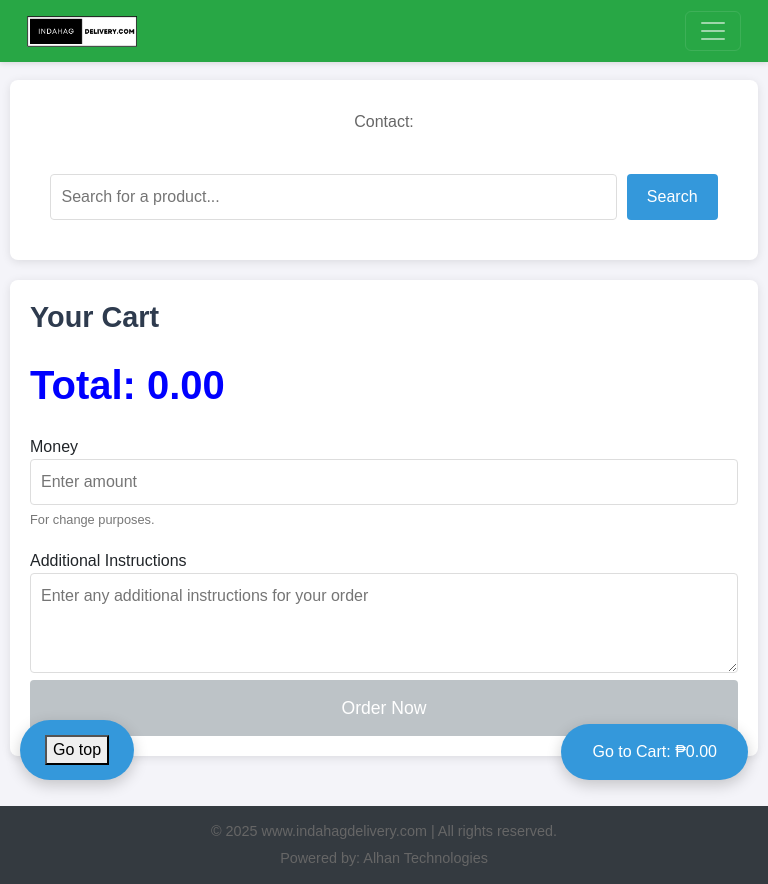
Repository: Jijiluzana225/indahagdelivery.com
Page: store/templates/store/store_products.html
An editor plug-in stored every save of this project. The page is shown before and after the next save, followed by the edit.
The browser window is 768 px wide. The pictures show the whole page.
The template is drawn by Django 5.2. The application's start-up code is not run. Other server files are loaded and not shown. The template is opened directly, without the code that normally fills it, so the values that code supplies are empty.

Above is the page before, as saved 2025-01-23 12:39:13.

### store/templates/store/store_products.html
{% extends 'store/base.html' %}

{% block title %}Order from {{ store.name }}{% endblock %}

{% block content %}

<style>
    /* General Styles */
    body {
        font-family: Arial, sans-serif;
        margin: 0;
        padding: 0;
        background-color: #f4f4f9;
    }

    h1, h2, h3 {
        color: #333;
        font-weight: 600;
    }

    p {
        font-size: 1rem;
        color: #666;
        margin-bottom: 0.5rem;
    }

    /* Container for left and right columns */
    .container {
        display: flex;
        justify-content: space-between;
        padding: 5px;
        max-width: 1200px;
        margin: 0 auto;
        flex-wrap: wrap;
    }

    /* Left column - product listing */
    .left-column {
        width: 65%;
        padding: 20px;
        background-color: #fff;
        box-shadow: 0 2px 10px rgba(0, 0, 0, 0.1);
        border-radius: 8px;
        overflow: hidden;
    }

    .left-column h1 {
        font-size: 2rem;
        color: #2e3b4e;
    }

    .left-column p {
        font-size: 1rem;
        margin-bottom: 20px;
    }

    .search-box {
        margin-bottom: 20px;
        display: flex;
        justify-content: center;
    }

    .search-box input {
        width: 80%;
        padding: 10px;
        font-size: 1rem;
        border-radius: 4px;
        border: 1px solid #ddd;
        margin-right: 10px;
    }

    .search-box button {
        background-color: #3498db;
        color: #fff;
        padding: 10px 20px;
        border: none;
        border-radius: 4px;
        cursor: pointer;
    }

    .search-box button:hover {
        background-color: #2980b9;
    }

    .products {
        display: grid;
        grid-template-columns: repeat(auto-fill, minmax(250px, 1fr));
        gap: 20px;
    }

    /* Individual Product Cards */
    .product-card {
        background-color: #fff;
        border: 1px solid #ddd;
        border-radius: 8px;
        padding: 15px;
        box-shadow: 0 2px 8px rgba(0, 0, 0, 0.1);
        text-align: center;
        transition: transform 0.3s ease, box-shadow 0.3s ease;
    }

    .product-card:hover {
        transform: scale(1.05);
        box-shadow: 0 4px 16px rgba(0, 0, 0, 0.2);
    }

    .product-card img {
        max-width: 100%;
        height: auto;
        border-radius: 8px;
    }

    .product-card h3 {
        font-size: 1.2rem;
        color: #2e3b4e;
        margin: 10px 0;
    }

    .product-card p {
        font-size: 0.9rem;
        color: #777;
    }

    .product-card .formatted-price {
        font-size: 1.1rem;
        color: #e74c3c;
        font-weight: bold;
    }

    .product-card button {
        background-color: #28a745;
        color: #fff;
        padding: 10px 20px;
        border: none;
        border-radius: 4px;
        cursor: pointer;
        font-size: 1rem;
        transition: background-color 0.3s ease;
    }

    .product-card button:hover {
        background-color: #218838;
    }

    /* Spacing Between Qty and Add to Cart button */
    .product-card label {
        display: block;
        margin-bottom: 5px;
        font-size: 0.9rem;
        color: #555;
    }

    .product-card input[type="number"] {
        width: 60px;
        padding: 5px;
        margin-bottom: 15px; /* Space between input and button */
        border-radius: 4px;
        border: 1px solid #ddd;
        text-align: center;
        font-size: 1rem;
    }

    /* Right Column - Cart */
    .right-column {
        width: 30%;
        padding: 20px;
        background-color: #fff;
        box-shadow: 0 2px 10px rgba(0, 0, 0, 0.1);
        border-radius: 8px;
        position: sticky;
        top: 20px;
    }

    .right-column h2 {
        font-size: 1.8rem;
        color: #2e3b4e;
        margin-bottom: 20px;
    }

    .cart-items {
        margin-bottom: 20px;
    }

    .cart-item {
        display: flex;
        justify-content: space-between;
        align-items: center;
        padding: 10px 0;
        border-bottom: 1px solid #ddd;
    }

    .cart-item p {
        font-size: 0.85rem; /* Smaller font size */
        color: #333;
    }

    .cart-item input {
        width: 50px;
        padding: 5px;
        border-radius: 4px;
        border: 1px solid #ddd;
        text-align: center;
    }

    .cart-item button {
        background-color: #e74c3c;
        color: #fff;
        border: none;
        padding: 5px 10px;
        border-radius: 4px;
        cursor: pointer;
    }

    .cart-item button:hover {
        background-color: #c0392b;
    }

    .cart-total {
        font-size: 0.9rem; /* Smaller font size */
        font-weight: bold;
        color: #333;
        margin-top: 20px;
    }

    .money-input {
        margin-top: 20px;
    }

    .money-input input {
        width: 100%;
        padding: 10px;
        border-radius: 4px;
        border: 1px solid #ddd;
    }

    .money-input small {
        font-size: 0.8rem;
        color: #777;
        display: block;
        margin-top: 5px;
    }

    .additional-instructions {
        margin-top: 20px;
    }

    .additional-instructions textarea {
        width: 100%;
        height: 100px;
        padding: 10px;
        border-radius: 4px;
        border: 1px solid #ddd;
        font-size: 1rem;
    }

    .order-button {
        background-color: #3498db;
        color: #fff;
        border: none;
        padding: 15px 20px;
        font-size: 1.1rem;
        border-radius: 4px;
        width: 100%;
        cursor: pointer;
        transition: background-color 0.3s ease;
    }

    .order-button:disabled {
        background-color: #bdc3c7;
        cursor: not-allowed;
    }

    .order-button:hover:not(:disabled) {
        background-color: #2980b9;
    }

    /* Responsive Design */
    /* Responsive Design */
@media (max-width: 768px) {
    .container {
        flex-direction: column;
        align-items: center;
    }

    .left-column, .right-column {
        width: 100%;
        margin-bottom: 20px;
    }

    .products {
        grid-template-columns: repeat(2, 1fr); /* Two columns on smaller screens */
        gap: 10px; /* Adjust spacing for smaller screens */
    }

    .store-header {
        display: flex;
        flex-direction: column;
        align-items: center;
        text-align: center;
        margin-bottom: 20px;
    }

    .store-header h1 {
        font-size: 2rem;
        color: #2e3b4e;
        margin-bottom: 10px;
    }

    .store-header p {
        font-size: 1rem;
        color: #666;
    }

    .product-card img {
        max-width: 80%;  /* Adjust this percentage to control the size */
        height: auto;
        border-radius: 8px;
    }

    .cart-items {
        font-size: 0.75rem; /* Smaller font size */
    }

    .cart-item p {
        font-size: 0.75rem; /* Smaller font size for cart item text */
    }


    /* Fixed Go to Cart Box */
    .go-to-cart-box {
        position: fixed;
        bottom: 20px;
        right: 20px;
        background-color: #3498db;
        color: #fff;
        padding: 15px 30px;
        border-radius: 8px;
        font-size: 1rem;
        cursor: pointer;
        box-shadow: 0 2px 10px rgba(0, 0, 0, 0.1);
        transition: background-color 0.3s ease;
    }

    /* Fixed Position Go to Cart Button */
.go-to-cart {
    position: fixed;
    bottom: 20px;
    right: 20px;
    background-color: #3498db;
    padding: 15px 25px;
    border-radius: 50px;
    color: white;
    font-size: 1rem;
    box-shadow: 0 5px 15px rgba(0, 0, 0, 0.2);
    cursor: pointer;
    z-index: 1000;
}

.go-to-top {
    position: fixed;
    bottom: 20px;
    left: 20px;
    background-color: #3498db;
    padding: 15px 25px;
    border-radius: 50px;
    color: white;
    font-size: 1rem;
    box-shadow: 0 5px 15px rgba(0, 0, 0, 0.2);
    cursor: pointer;
    z-index: 1000;
}

.go-to-cart button {
    background-color: transparent;
    border: none;
    color: white;
    font-size: 1rem;
    cursor: pointer;
}

.go-to-cart button:hover {
    background-color: #2980b9;
}



}



</style>

<div class="container">
    <div class="left-column">
        <div class="store-header">
        <h1>{{ store.name }}</h1>
        <p>Contact: {{ store.contact_number }}</p>
        </div>
        <!-- Search Box -->
        <div class="search-box">
            <input type="text" id="searchBox" placeholder="Search for a product..." onkeyup="filterProducts()">
            <button>Search</button>
        </div>

        <div class="products" id="products-list">
            {% for item in items %}
            <div class="product-card" data-name="{{ item.product.name|lower }}">
                <img src="{{ item.product.picture.url }}" alt="{{ item.product.name }}">
                <h3>{{ item.product.name }}</h3>
                <p>{{ item.product.description }}</p>
                <p>Price: <span class="formatted-price">{{ item.product.price }}</span></p>
                <label for="quantity-{{ item.id }}">Qty:</label>
                <input type="number" id="quantity-{{ item.id }}" name="quantity" min="1" value="1">
                <button onclick="addToCart({{ item.id }}, '{{ item.product.name }}', {{ item.product.price }})">Add to Cart</button>
            </div>
            {% endfor %}
        </div>
    </div>

    <!-- Right column (cart) -->
    <div class="right-column">
        <h2>Your Cart</h2>
        <div class="cart-items" id="cart-items"></div>
        <div class="cart-total" id="cart-total" style="font-size:40px; color:blue";>Total: 0.00</div>

       <div class="money-input">
            <label for="money">Money</label>
            <input type="number" id="money" name="money" placeholder="Enter amount">
            <small>For change purposes.</small>
        </div>

        <!-- Additional Instructions Section -->
        <div class="additional-instructions">
            <label for="additional-instructions">Additional Instructions</label>
            <textarea id="additional-instructions" placeholder="Enter any additional instructions for your order"></textarea>
        </div>

        <!-- Order Now Button -->
        <button class="order-button" id="orderButton" onclick="proceedToCheckout()" disabled>Order Now</button>
    </div>
</div>

<div class="go-to-top">
    <button onclick="scrollToCart()">Go top</button>
</div>

<div class="go-to-cart">

    <button onclick="scrollToCart()">Go to Cart: <span id="go-to-cart-total">₱0.00</span></button>
</div>

<script>



    // Function to update the cart total on the button
    function updateGoToCartButton() {
        const total = calculateTotalPrice();
        const formattedTotal = new Intl.NumberFormat('en-PH', {
            style: 'currency',
            currency: 'PHP',
            minimumFractionDigits: 2,
            maximumFractionDigits: 2
        }).format(total);

        document.getElementById('go-to-cart-total').innerText = formattedTotal;
    }

    // Function to scroll to the right-column (cart)
    function scrollToCart() {
        const cartSection = document.querySelector('.right-column');
        cartSection.scrollIntoView({ behavior: 'smooth' });
    }

    // Add this line inside your `addToCart()` function or any function that modifies the cart
   function renderCart() {
    const cartItemsContainer = document.getElementById('cart-items');
    const cartTotal = document.getElementById('cart-total');
    const orderButton = document.getElementById('orderButton');
    cartItemsContainer.innerHTML = '';
    let total = 0;

    // Loop through cart items and sum the total
    cart.forEach(item => {
        const itemTotal = item.price * item.quantity;
        total += itemTotal;

        cartItemsContainer.innerHTML += `
            <div class="cart-item">
                <p>${item.name}</p>
                <p>Price: ${formatPrice(item.price)}</p>
                <input type="number" min="1" value="${item.quantity}" onchange="updateCartItem(${item.id}, this.value)">
                <p>${formatPrice(itemTotal)}</p>
                <button onclick="deleteCartItem(${item.id})">×</button>
            </div>
        `;
    });

    // Add delivery fee to the total
    total += deliveryFee;

    // Update the total price display
    cartTotal.innerText = `Total: ${formatPrice(total)} (Including Delivery Fee: ${formatPrice(deliveryFee)})`;

    // Update "Go to Cart" button with new total
    updateGoToCartButton();

    // Enable the "Order Now" button only if the cart is not empty
    orderButton.disabled = cart.length === 0;
}


    function calculateTotalPrice() {
        return cart.reduce((total, item) => total + item.price * item.quantity, 0);
    }
</script>

<script>
    let cart = [];
    let deliveryFee = 50.00;  // Fixed delivery fee


    function formatPrice(price) {
        return new Intl.NumberFormat('en-US', { minimumFractionDigits: 2, maximumFractionDigits: 2 }).format(price);
    }

    function addToCart(itemId, itemName, itemPrice) {
        const quantity = parseInt(document.getElementById(`quantity-${itemId}`).value);
        const existingItem = cart.find(item => item.id === itemId);

        if (existingItem) {
            existingItem.quantity += quantity;
        } else {
            cart.push({ id: itemId, name: itemName, price: itemPrice, quantity: quantity });
        }

        renderCart();
    }

    function updateCartItem(itemId, newQuantity) {
        const item = cart.find(item => item.id === itemId);
        if (item) {
            item.quantity = newQuantity;
            renderCart();
        }
    }

    function deleteCartItem(itemId) {
        cart = cart.filter(item => item.id !== itemId);
        renderCart();
    }

    function renderCart() {
    const cartItemsContainer = document.getElementById('cart-items');
    const cartTotal = document.getElementById('cart-total');
    const orderButton = document.getElementById('orderButton');
    cartItemsContainer.innerHTML = '';
    let total = 0;

    // Loop through cart items and sum the total
    cart.forEach(item => {
        const itemTotal = item.price * item.quantity;
        total += itemTotal;

        cartItemsContainer.innerHTML += `
            <div class="cart-item">
                <p>${item.name}</p>
                <p>Price: ${formatPrice(item.price)}</p>
                <input type="number" min="1" value="${item.quantity}" onchange="updateCartItem(${item.id}, this.value)">
                <p>${formatPrice(itemTotal)}</p>
                <button onclick="deleteCartItem(${item.id})">×</button>
            </div>
        `;
    });

    // Add delivery fee to the total
    total += deliveryFee;

    // Update the total price display
    cartTotal.innerText = `Total: ${formatPrice(total)} (Including Delivery Fee: ${formatPrice(deliveryFee)})`;

    // Update "Go to Cart" button with new total
    updateGoToCartButton();

    // Enable the "Order Now" button only if the cart is not empty
    orderButton.disabled = cart.length === 0;
}

    function calculateTotalPrice() {
        return cart.reduce((total, item) => total + item.price * item.quantity, 0);
    }

    function proceedToCheckout() {
        const storeId = '{{ store.id }}';  // Assuming store.id is available
        const totalPrice = calculateTotalPrice();  // Total price from cart
        const cartItems = cart.map(item => `${item.name},${item.price},${item.quantity}`).join("|");

        const money = document.getElementById('money').value;
        const instructions = document.getElementById('additional-instructions').value;

        // Make the POST request
        fetch('/checkout/', {
            method: 'POST',
            headers: {
                'Content-Type': 'application/x-www-form-urlencoded',
                'X-CSRFToken': '{{ csrf_token }}'  // CSRF token
            },
            body: `store_id=${storeId}&total_price=${totalPrice}&cart_items=${cartItems}&money=${money}&instructions=${instructions}`
        })
        .then(response => response.json())
        .then(data => {
            if (data.success) {
                alert('Order placed successfully!');
                window.location.href = '/dashboard';
            } else {
                alert('There was an error placing your order.');
            }
        })
        .catch(error => console.error('Error:', error));
    }



    function filterProducts() {
        const searchTerm = document.getElementById("searchBox").value.toLowerCase();
        const productCards = document.querySelectorAll(".product-card");

        productCards.forEach(card => {
            const productName = card.getAttribute("data-name");
            if (productName.includes(searchTerm)) {
                card.style.display = "block";
            } else {
                card.style.display = "none";
            }
        });
    }

    function addToCart(itemId, itemName, itemPrice) {
        const quantity = parseInt(document.getElementById(`quantity-${itemId}`).value);
        const existingItem = cart.find(item => item.id === itemId);

        if (existingItem) {
            existingItem.quantity += quantity;
        } else {
            cart.push({ id: itemId, name: itemName, price: itemPrice, quantity: quantity });
        }

        renderCart();

        // Format itemPrice and total price to Philippine Pesos
        const formattedPrice = new Intl.NumberFormat('en-PH', {
            style: 'currency',
            currency: 'PHP',
            minimumFractionDigits: 2,
            maximumFractionDigits: 2
        }).format(itemPrice);

        const cartTotal = document.getElementById('cart-total').innerText;

        // Pop-up message with quantity, product name, formatted price, and cart total
        alert(`${quantity} ${itemName}(s) at ${formattedPrice}\n\nAdded to Cart\n\n${cartTotal}\n\n\nPlease review your CART at the bottom.`);
    }


    function updateOrderStatus(orderId, status) {
        fetch(`/update_order_status/${orderId}/`, {
            method: 'POST',
            headers: {
                'Content-Type': 'application/json',
                'X-CSRFToken': '{{ csrf_token }}'
            },
            body: JSON.stringify({ status: status })
        })
        .then(response => response.json())
        .then(data => {
            if (data.success) {
                alert('Order status updated');
            } else {
                alert('Failed to update status');
            }
        });
    }

    function updateGoToCartButton() {
        const total = calculateTotalPrice(); // Get the updated total of the cart
        const formattedTotal = new Intl.NumberFormat('en-PH', {
            style: 'currency',
            currency: 'PHP',
            minimumFractionDigits: 2,
            maximumFractionDigits: 2
        }).format(total); // Format the total as PHP currency

        document.getElementById('go-to-cart-total').innerText = formattedTotal; // Update the button's total display
    }

    // Function to scroll to the right-column (cart) when the button is clicked
    function scrollToCart() {
        const cartSection = document.querySelector('.right-column');
        cartSection.scrollIntoView({ behavior: 'smooth' });
    }

    // Function to calculate the total price of the cart
    function calculateTotalPrice() {
        return cart.reduce((total, item) => total + item.price * item.quantity, 0); // Sum of item prices * quantities
    }

    // Function to render the updated cart (including updating the "Go to Cart" button)
    function renderCart() {
        const cartItemsContainer = document.getElementById('cart-items');
        const cartTotal = document.getElementById('cart-total');
        const orderButton = document.getElementById('orderButton');
        cartItemsContainer.innerHTML = '';
        let total = 0;

        // Loop through the cart and display each item
        cart.forEach(item => {
            const itemTotal = item.price * item.quantity;
            total += itemTotal;

            cartItemsContainer.innerHTML += `
                <div class="cart-item">
                    <p>${item.name}</p>
                    <p>Price: ${formatPrice(item.price)}</p>
                    <input type="number" min="1" value="${item.quantity}" onchange="updateCartItem(${item.id}, this.value)">
                    <p>${formatPrice(itemTotal)}</p>
                    <button onclick="deleteCartItem(${item.id})">×</button>
                </div>
            `;
        });

        cartTotal.innerText = `Total: ${formatPrice(total)}`; // Update cart total display
        updateGoToCartButton(); // Update the "Go to Cart" button with the new total

        // Enable the "Order Now" button only if the cart is not empty
        orderButton.disabled = cart.length === 0;
    }

    // Function to format price as Philippine Pesos
    function formatPrice(price) {
        return new Intl.NumberFormat('en-PH', { minimumFractionDigits: 2, maximumFractionDigits: 2 }).format(price);
    }


    function proceedToCheckout() {
    const storeId = '{{ store.id }}';  // Assuming store.id is available
    const totalPrice = calculateTotalPrice();  // Total price from cart, including delivery fee
    const cartItems = cart.map(item => `${item.name},${item.price},${item.quantity}`).join("|");

    const money = document.getElementById('money').value;
    const instructions = document.getElementById('additional-instructions').value;

    // Make the POST request
    fetch('/checkout/', {
        method: 'POST',
        headers: {
            'Content-Type': 'application/x-www-form-urlencoded',
            'X-CSRFToken': '{{ csrf_token }}'  // CSRF token
        },
        body: `store_id=${storeId}&total_price=${totalPrice}&cart_items=${cartItems}&money=${money}&instructions=${instructions}&delivery_fee=${deliveryFee}`
    })
    .then(response => response.json())
    .then(data => {
        if (data.success) {
            alert('Order placed successfully!');
            window.location.href = '/dashboard';
        } else {
            alert('There was an error placing your order.');
        }
    })
    .catch(error => console.error('Error:', error));
}


</script>

{% endblock %}

Loaded but not shown: store/templates/store/base.html (146 lines, source omitted)

After the next save:
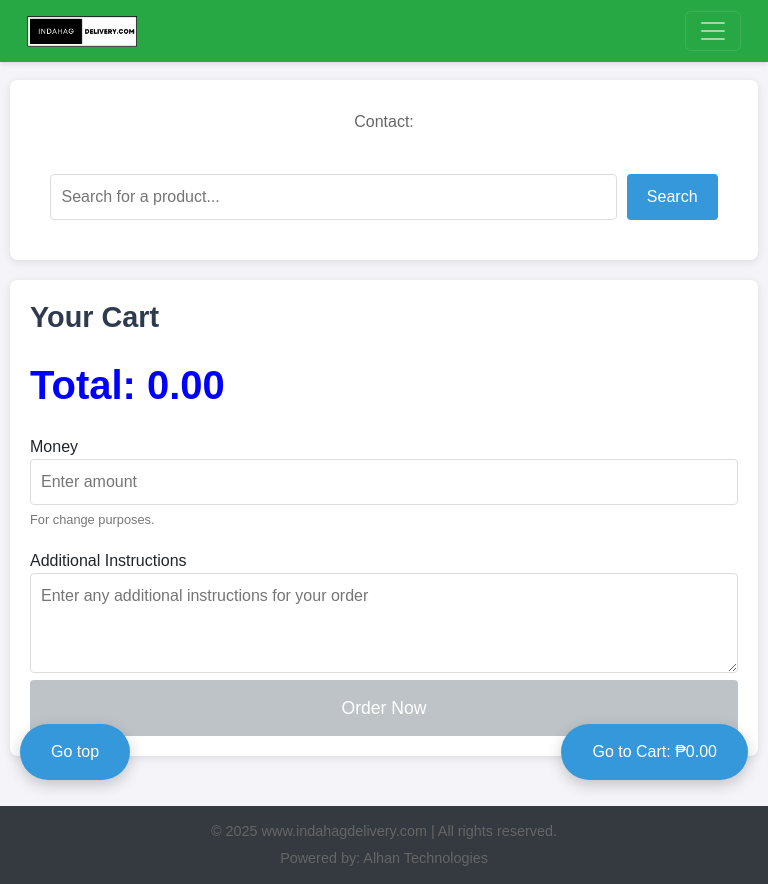
Saved 52 s later.
--- a/store/templates/store/store_products.html
+++ b/store/templates/store/store_products.html
@@ -356,6 +356,18 @@
     z-index: 1000;
 }
 
+.go-to-cart button {
+    background-color: transparent;
+    border: none;
+    color: white;
+    font-size: 1rem;
+    cursor: pointer;
+}
+
+.go-to-cart button:hover {
+    background-color: #2980b9;
+}
+
 .go-to-top {
     position: fixed;
     bottom: 20px;
@@ -370,7 +382,7 @@
     z-index: 1000;
 }
 
-.go-to-cart button {
+.go-to-top button {
     background-color: transparent;
     border: none;
     color: white;
@@ -378,7 +390,7 @@
     cursor: pointer;
 }
 
-.go-to-cart button:hover {
+.go-to-top button:hover {
     background-color: #2980b9;
 }
 
